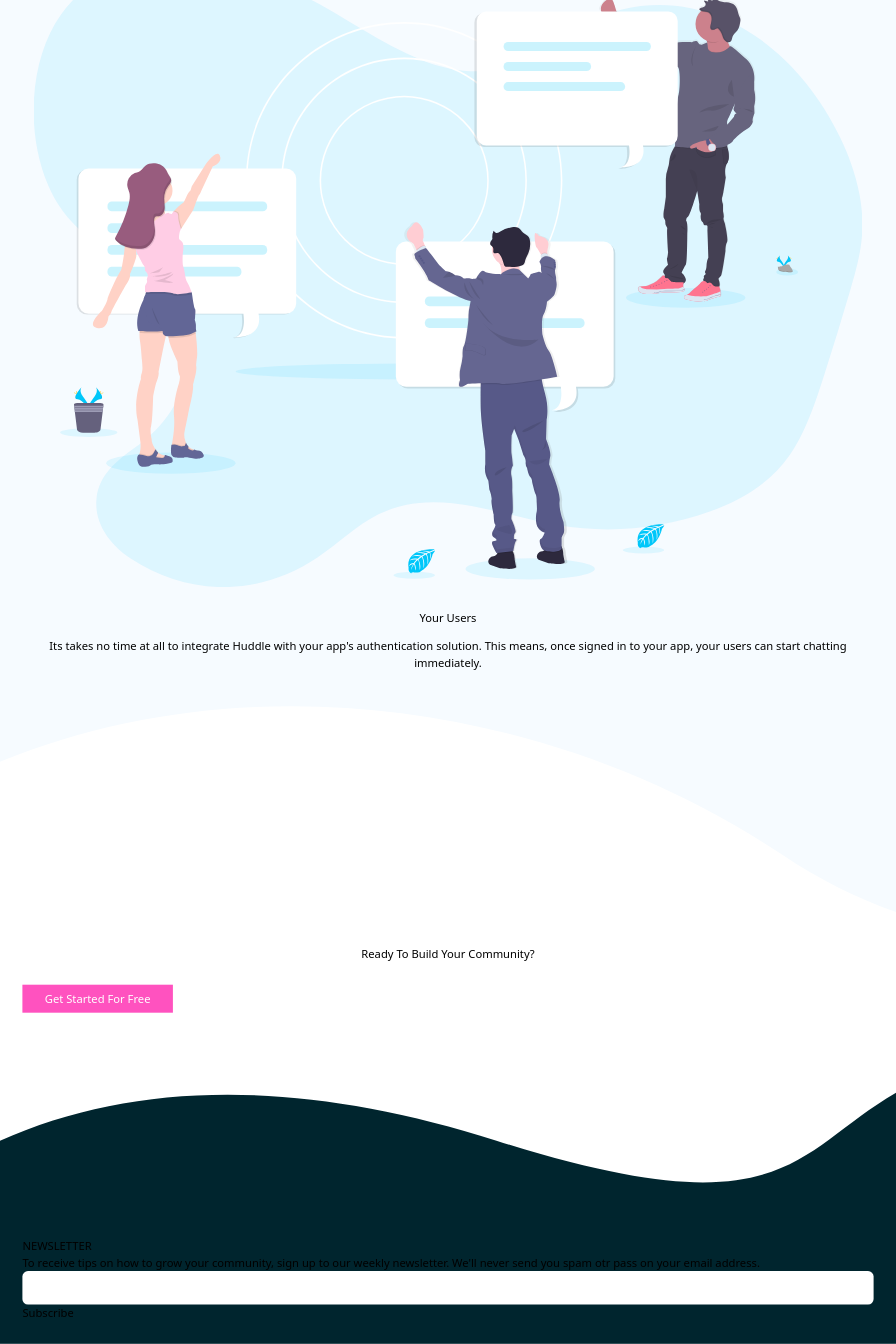
Repository: nivrii/huddle-landing-page-with-curved-sections-master
Page: /
The author's editor kept a copy of each file at every save. The page is drawn from the files as they stood at one save, then again after the next save.
The browser window is 1280 px wide. The pictures show the part of the page from y = 4444 to 6364 px (the page is 6364 px tall), at 70% of full size.
The project was rebuilt for these pictures with package versions that can differ from the ones it lists, and the page was loaded fresh each time. Also part of the build but not shown: vite.config.js.

Above is the page before, as saved 2024-04-04 19:28:04.

### src/App.jsx
import "./App.css";
import message from "./assets/images/icon-messages.svg";
import communities from "./assets/images/icon-communities.svg";

import screenMockup from "./assets/images/screen-mockups.svg";
import grow from "./assets/images/illustration-grow-together.svg";
import users from "./assets/images/illustration-your-users.svg";
import conversation from "./assets/images/illustration-flowing-conversation.svg";

import sectionTop1M from "./assets/images/bg-section-top-mobile-1.svg";
import sectionTop2M from "./assets/images/bg-section-top-mobile-2.svg";
import sectionBottom1M from "./assets/images/bg-section-bottom-mobile-1.svg";
import sectionBottom2M from "./assets/images/bg-section-bottom-mobile-2.svg";
import footerTopM from "./assets/images/bg-footer-top-mobile.svg";

function App() {
  return (
    <div className=" box-border m-0 bg-white w-screen min-h-screen">
      <section>
        <div className="flex flex-row w-full">
          <div className="flex flex-row align-middle  w-3/5">
            <img src={message} className="my-auto w-8 h-8" />
            <h1 className="text-3xl font-Poppins text-Very-dark-cyan font-bold my-auto">
              Huddle
            </h1>
          </div>
          <div className="flex align-middle justify-end w-2/5">
            <input
              className="border-2 border-Light-pink text-Light-pink font-Poppins rounded-3xl px-6 py-2"
              type="button"
              value="Try It Free"
            />
          </div>
        </div>
      </section>

      <section>
        <div className="w-full ">
          <h1>Build The Community Your Fans Will Love</h1>
          <p className="text-wrap">
            Huddle re-imagines the way we build communities. You have a voice,
            so does your audience. Create connections with your users as you
            engage in genuine discussion
          </p>
          <input
            type="submit"
            name="start"
            className="outline-none text-white bg-Pink"
          />
        </div>
      </section>

      <section className="mt-4 m">
        <div className="mx-auto">
          <img src={screenMockup} className="object-contain" />
        </div>
      </section>

      <section className="flex flex-col justify-center">
        <div className="mx-auto w-1/2 ">
          <img src={communities} alt="communities" />
          <h1 className="w-full font-bold text-6xl">1.4k+</h1>
          <p>Communities Formed</p>
        </div>
        <div className="mx-auto w-1/2">
          <img src={message} alt="message" />
          <h1 className="w-full font-bold text-6xl">2.7m+</h1>
          <p>Messages Sent</p>
        </div>
      </section>

      <img src={sectionTop1M} alt="top-top" className="w-full" />

      <section className="flex flex-col space-y-8 bg-sectionBG px-8 py-12">
        <img src={grow} alt="" className="mb-12" />
        <div className="flex flex-col space-y-4 text-center">
          <h1>Grow Together</h1>
          <p>
            Generate meaningful discussions with your audience and build a
            strong, loyal community. Think of the insightful conversations you
            miss out on with a feedback form.
          </p>
        </div>
      </section>

      <img src={sectionBottom1M} alt="top-bottom" className="w-full" />

      <section className="flex flex-col space-y-8 my-20 px-8">
        <img src={conversation} alt="conversations" className="px-4" />
        <div className="flex flex-col space-y-4 text-center">
          <h1>Flowing Conversations</h1>
          <p>
            You wouldn&apos;t paginate a conversation in real life, so why do it
            online? Our threads have just-in-time loading for a more natural
            flow.
          </p>
        </div>
      </section>

      <img src={sectionTop2M} alt="bottom-top" className="w-full" />

      <section className="bg-sectionBG">
        <div className="flex flex-col space-y-8  px-8">
          <img src={users} alt="conversations" className="px-4" />
          <div className="flex flex-col space-y-4 text-center">
            <h1>Your Users</h1>
            <p>
              Its takes no time at all to integrate Huddle with your app&apos;s
              authentication solution. This means, once signed in to your app,
              your users can start chatting immediately.
            </p>
          </div>
        </div>
      </section>

      <img src={sectionBottom2M} alt="bottom-bottom" className="w-full" />

      <section className="flex flex-col space-y-8 mt-12 px-8 mb-28">
        <h1 className="text-center">Ready To Build Your Community?</h1>
        <input
          type="button"
          value="Get Started For Free"
          className="outline-none bg-Pink text-white w-fit py-2 px-8"
        />
      </section>

      <img src={footerTopM} alt="" className="w-full" />

      <footer className="bg-bgFooter -mt-1">
        <div className="p-8">
          <h1>NEWSLETTER</h1>
          <p>
            To receive tips on how to grow your community, sign up to our weekly
            newsletter. We&apos;ll never send you spam otr pass on your email
            address.
          </p>
          <input type="text" className="w-full rounded-lg h-12" />
          <input type="button" value="Subscribe" />
        </div>
      </footer>
    </div>
  );
}

export default App;

### src/App.css
@import "tailwindcss/base";
@import "tailwindcss/components";
@import "tailwindcss/utilities";
@import url('https://fonts.google.com/specimen/Poppins');
@import url('https://fonts.google.com/specimen/Open+Sans');

### tailwind.config.js
/** @type {import('tailwindcss').Config} */

/*! tailwindcss v2.2.7 | MIT License | https://tailwindcss.com */
export default {
  content: [
    "./index.html",
    "./src/**/*.{js,ts,jsx,tsx}",
  ],
  theme: {
    extend: {
      screens: {
        'xs': '375px',
        'sm': '640px',
        'md': '768px',
        'lg': '1024px',
        'xl': '1440px',

      },
      colors: {
        'Pink': 'hsl(322, 100%, 66%)',
        'Light-pink': 'hsl(321, 100%, 78%)',
        'Light-red': 'hsl(0, 100%, 63%)',
        'Very-dark-cyan': 'hsl(192, 100%, 9%)',
        'Very-dark-blue': 'hsl(207, 100%, 98%)',
        'sectionBG': '#F6FBFF',
        'bgFooter': '#00252E',
      },
      fontFamily: {
        'Poppins': ['Poppins', 'sans-serif'],
        'Open-sans': ['Open Sans', 'serif'],
      },
    },
  },
  plugins: [],
}

Loaded but not shown: index.html (common file); src/main.jsx (common file)

After the next save:
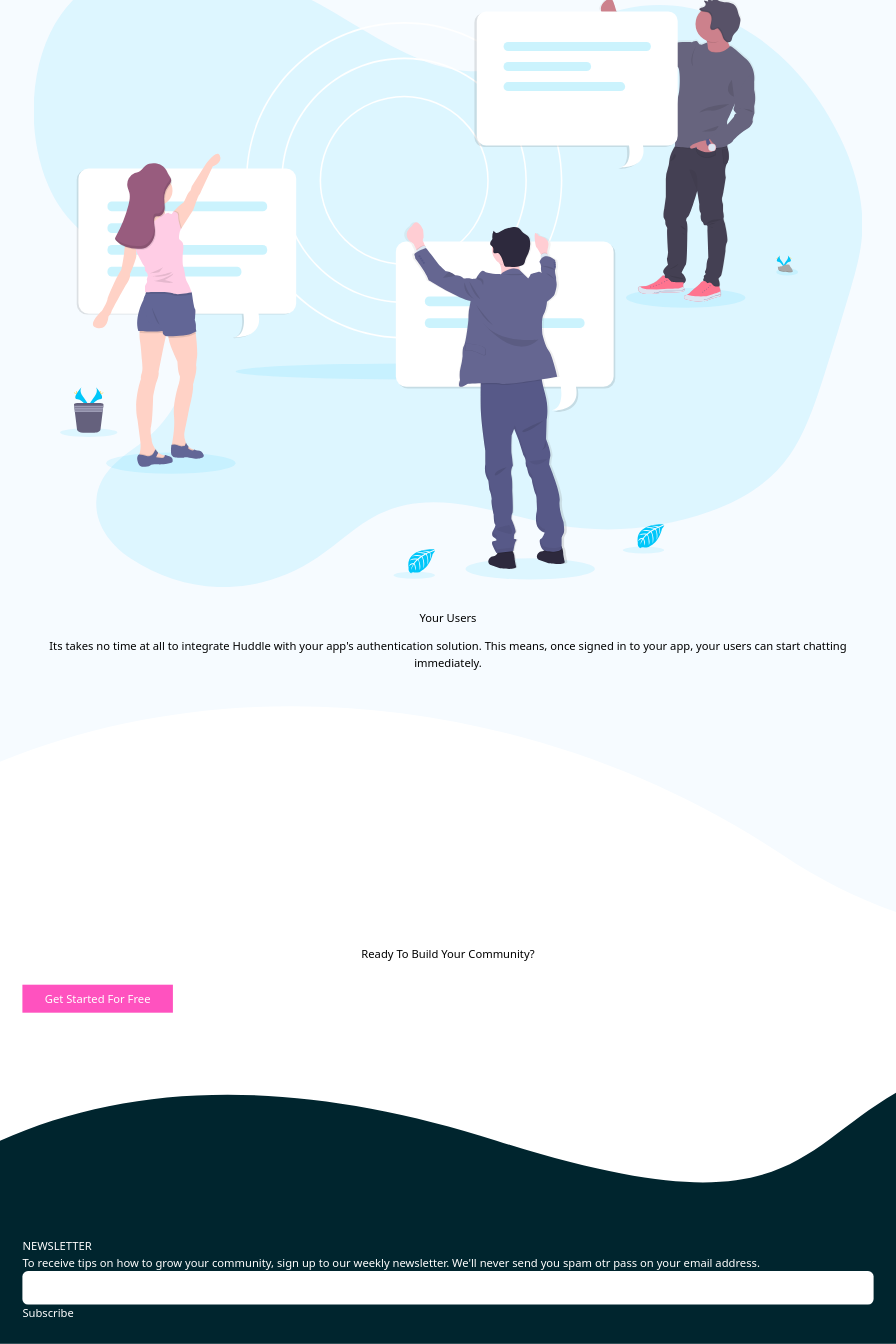
Saved 13 s later.
--- a/src/App.jsx
+++ b/src/App.jsx
@@ -127,7 +127,7 @@
       <img src={footerTopM} alt="" className="w-full" />
 
       <footer className="bg-bgFooter -mt-1">
-        <div className="p-8">
+        <div className="p-8 text-white">
           <h1>NEWSLETTER</h1>
           <p>
             To receive tips on how to grow your community, sign up to our weekly
